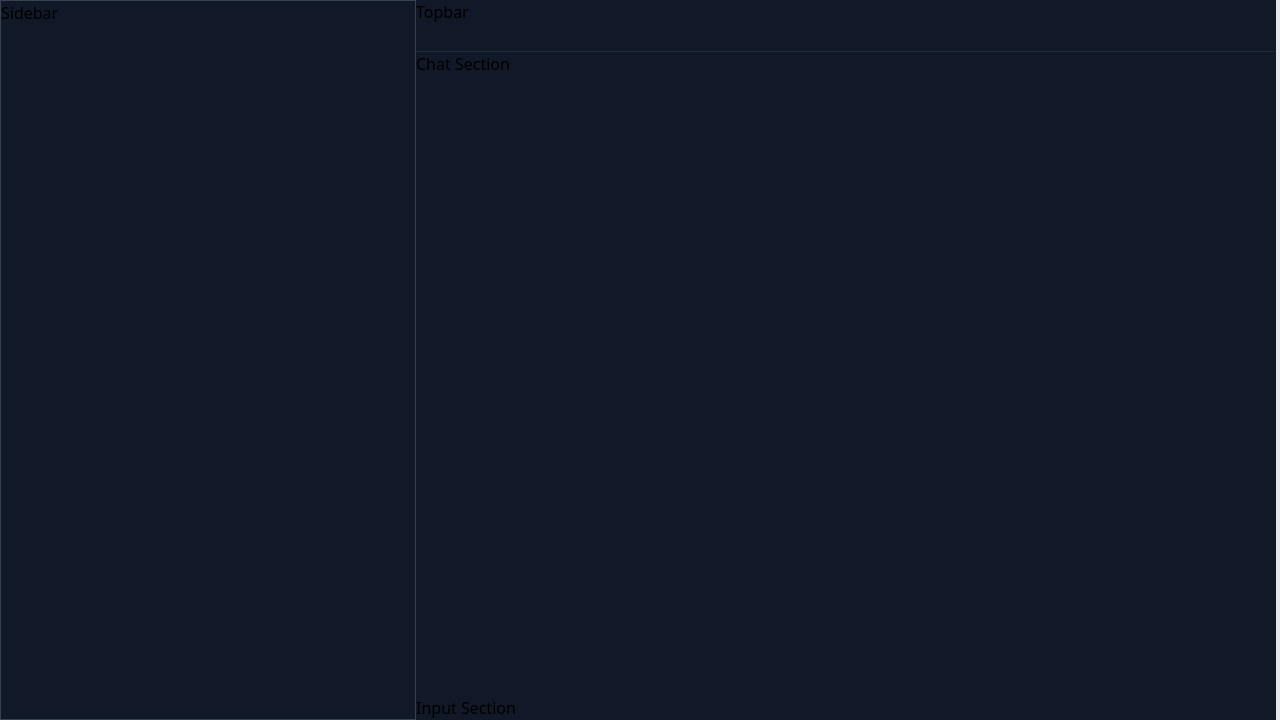
Repository: Qu4ntumGuy/telegram-clone
Page: /
The author's editor kept a copy of each file at every save. The page is drawn from the files as they stood at one save, then again after the next save.
The browser window is 1280 px wide. The pictures show the whole page.
The project was rebuilt for these pictures with package versions that can differ from the ones it lists, and the page was loaded fresh each time. Also part of the build but not shown: src/Utils/ContextProvider.js.

Above is the page before, as saved 2024-07-15 11:04:40.

### src/index.css
@tailwind base;
@tailwind components;
@tailwind utilities;

:root {
  @apply bg-gray-900;
}

### src/App.js
import { Routes, BowserRouter, Route } from "react-router-dom";
import Sidebar from "./Components/Sidebar";
import Home from "./Pages/Home/Home";

function App() {
  return (
    <div className="flex max-w-[105rem] mx-auto">
      <Sidebar />

      <Home />
    </div>
  );
}

export default App;

### src/Components/Sidebar.js
import React from "react";
import { useComponentContext } from "../Utils/ContextProvider";

function Sidebar() {
  const context = useComponentContext();
  return (
    <div className="min-w-[26rem] border border-gray-700 h-screen">Sidebar</div>
  );
}

export default Sidebar;

### src/Pages/Home/Home.js
import React from "react";

function Home() {
  return (
    <div className="flex flex-col justify-center h-screen border-r-4 w-full">
      <div className="top-0 mb-auto h-14 border-b border-gray-800">Topbar</div>
      <div className="flex flex-col h-full">
        <div className="">Chat Section</div>
        <div className="bottom-0 mt-auto">Input Section</div>
      </div>
    </div>
  );
}

export default Home;

Loaded but not shown: public/index.html (common file); src/index.js (common file); src/reportWebVitals.js (common file); tailwind.config.js (common file)

After the next save:
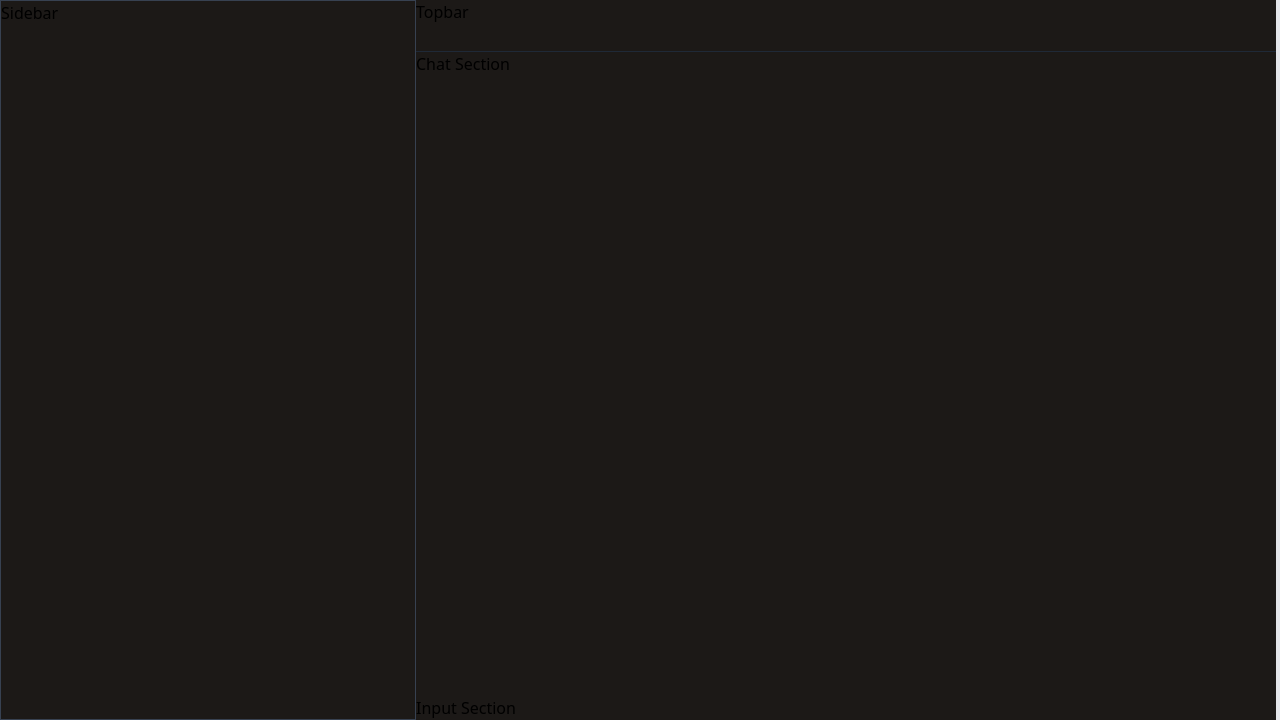
Saved 7 s later.
--- a/src/index.css
+++ b/src/index.css
@@ -3,5 +3,5 @@
 @tailwind utilities;
 
 :root {
-  @apply bg-gray-900;
+  @apply bg-stone-900;
 }

After the save that followed:
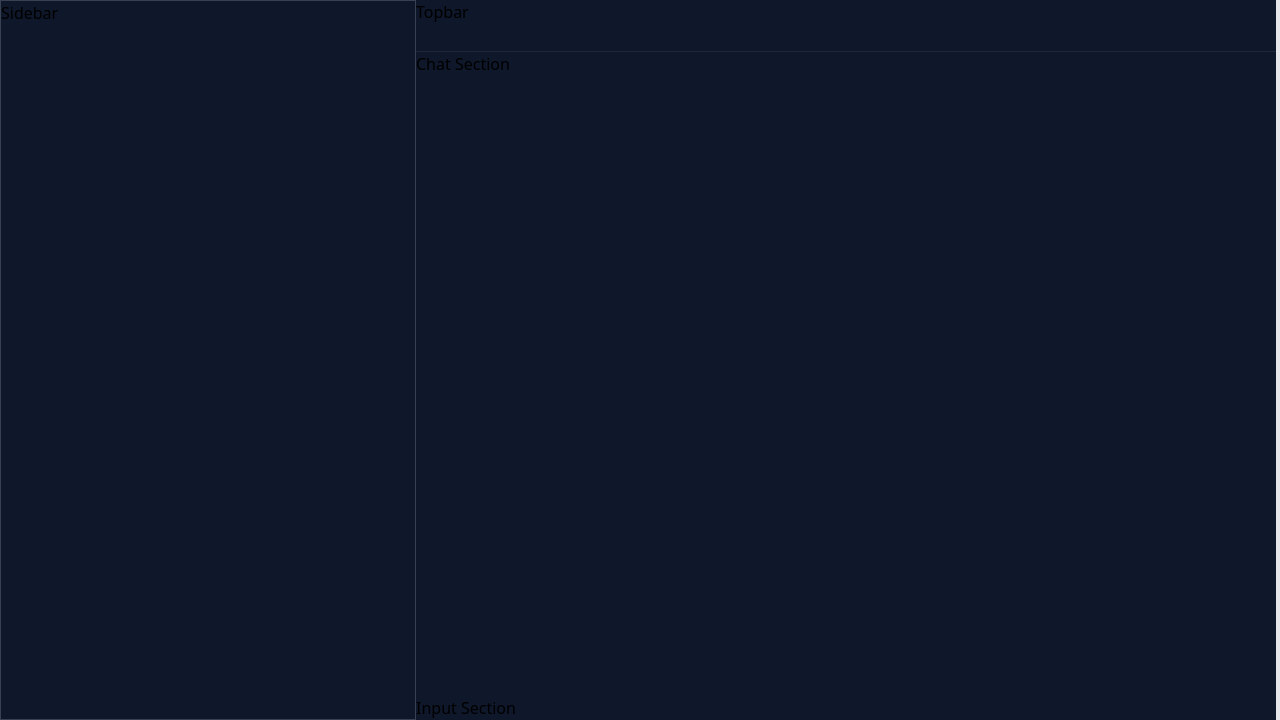
Saved 12 s later.
--- a/src/index.css
+++ b/src/index.css
@@ -3,5 +3,5 @@
 @tailwind utilities;
 
 :root {
-  @apply bg-stone-900;
+  @apply bg-slate-900;
 }
